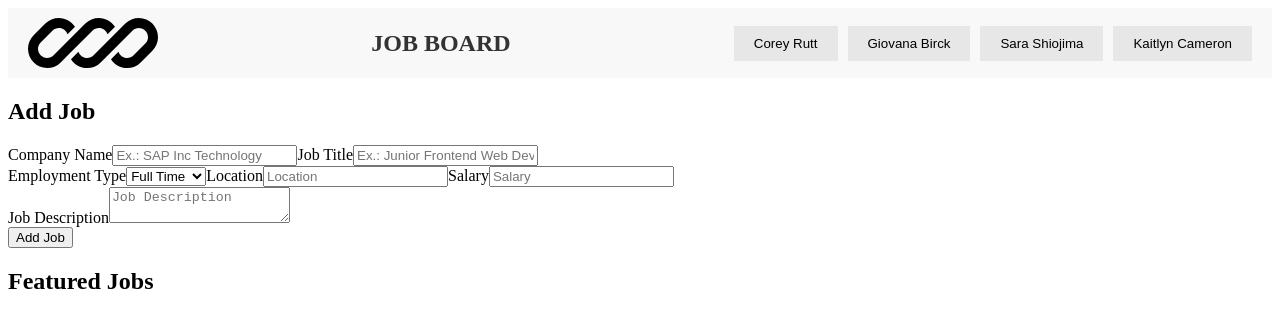
Repository: kcameron37/Final-Project-FrontEnd
Page: /
These files come from the project's save history. The page is drawn as it stood at one moment and after the next save; the edit follows.
The browser window is 1280 px wide. The pictures show the whole page.
The project was rebuilt for these pictures with package versions that can differ from the ones it lists, and the page was loaded fresh each time.

Above is the page before, as saved 2023-11-14 19:44:23.

After the next save:
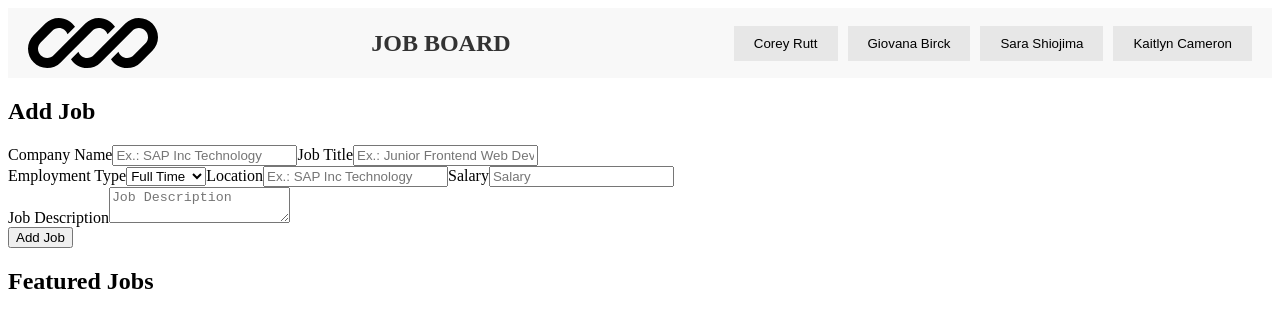
Saved 5 s later.
--- a/src/components/AddJob.js
+++ b/src/components/AddJob.js
@@ -58,7 +58,7 @@ export default function AddJob({ addJob }) {
                     name="location"
                     value={job.location}
                     onChange={handleChange}
-                    placeholder="Location"
+                    placeholder="Ex.: SAP Inc Technology"
                 />
                 <label>Salary</label>
                 <input
